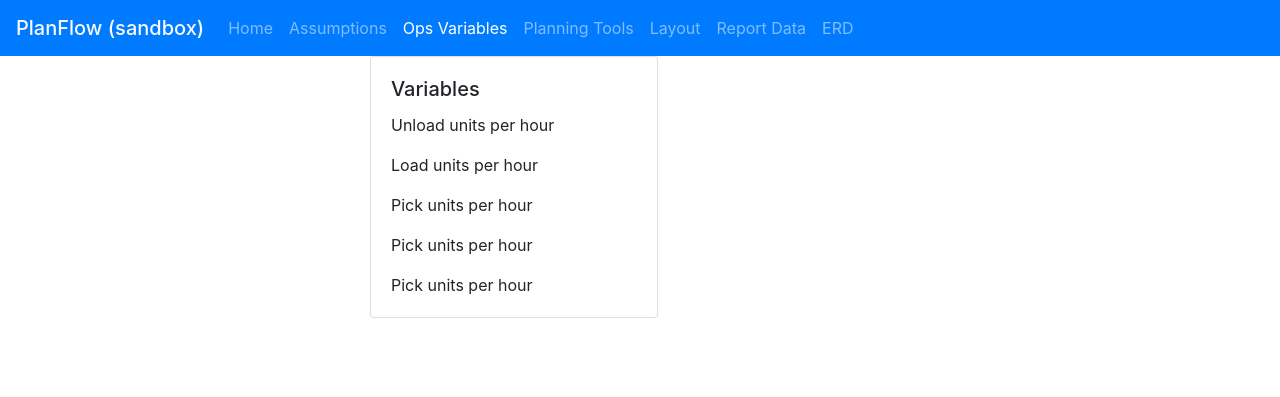
Repository: gholler76/planflow
Page: http://localhost/planflow/WEB-INF/opsvariables.jsp
An editor plug-in stored every save of this project. The page is shown before and after the next save, followed by the edit.
The browser window is 1280 px wide. The pictures show the whole page.
The page is served by Tomcat 9. Nobody is signed in. Other server files are loaded and not shown. The template is opened directly, without the code that normally fills it, so the values that code supplies are empty.

Above is the page before, as saved 2021-05-28 20:12:17.

### planflow/src/main/webapp/WEB-INF/opsvariables.jsp
<%@ page language="java" contentType="text/html; charset=UTF-8" pageEncoding="UTF-8"%>
<%@ taglib prefix="c" uri="http://java.sun.com/jsp/jstl/core"%>
<%@ taglib prefix="form" uri="http://www.springframework.org/tags/form"%>
<%@ page isErrorPage="true"%>
<%@ taglib prefix="fmt" uri="http://java.sun.com/jsp/jstl/fmt" %>
<%@ taglib prefix="fn" uri="http://java.sun.com/jsp/jstl/functions" %>

<!DOCTYPE html>
<html>
<head>
    <meta charset="UTF-8">
    <title>PlanFlow</title>
    <script src="https://code.jquery.com/jquery-3.5.1.slim.min.js" integrity="sha384-DfXdz2htPH0lsSSs5nCTpuj/zy4C+OGpamoFVy38MVBnE+IbbVYUew+OrCXaRkfj" crossorigin="anonymous"></script>
	<script src="https://cdn.jsdelivr.net/npm/bootstrap@4.6.0/dist/js/bootstrap.bundle.min.js" integrity="sha384-Piv4xVNRyMGpqkS2by6br4gNJ7DXjqk09RmUpJ8jgGtD7zP9yug3goQfGII0yAns" crossorigin="anonymous"></script>
    <link rel="stylesheet" href="https://cdn.jsdelivr.net/npm/bootstrap@4.6.0/dist/css/bootstrap.min.css" integrity="sha384-B0vP5xmATw1+K9KRQjQERJvTumQW0nPEzvF6L/Z6nronJ3oUOFUFpCjEUQouq2+l" crossorigin="anonymous">
</head>
<body>
<nav class="navbar navbar-expand-lg navbar-dark bg-primary">
	    <span class="navbar-brand text-light mb-0 h1">PlanFlow (sandbox)</span>
	  <button class="navbar-toggler" type="button" data-toggle="collapse" data-target="#navbarNavAltMarkup" aria-controls="navbarNavAltMarkup" aria-expanded="false" aria-label="Toggle navigation">
	    <span class="navbar-toggler-icon"></span>
	  </button>
	  <div class="collapse navbar-collapse" id="navbarNavAltMarkup">
	    <div class="navbar-nav">
	      <a class="nav-link" href="/">Home</a>
	      <a class="nav-link" href="/assumptions">Assumptions</a>
	      <a class="nav-link active" href="/opsvariables">Ops Variables<span class="sr-only">(current)</span></a>
	      <a class="nav-link" href="/planningtools">Planning Tools</a>
	      <a class="nav-link" href="/layout">Layout</a>
	      <a class="nav-link" href="reportdata">Report Data</a>
	      <a class="nav-link" href="/erd">ERD</a>
	    </div>
	  </div>
	</nav>
	<div class="container">
		<div class="row justify-content-center">
    		<div class="col-6">
    			<div class="card" style="width: 18rem;">
  					<div class="card-body">
					    <h5 class="card-title">Variables</h5>
					    <p class="card-text">Unload units per hour</p>
					    <p class="card-text">Load units per hour</p>
					    <p class="card-text">Pick units per hour</p>
					    <p class="card-text">Pick units per hour</p>
					    <p class="card-text">Pick units per hour</p>
				  	</div>
				</div>
   	 		</div>
    	</div>
	</div>

</body>
</html>

After the next save:
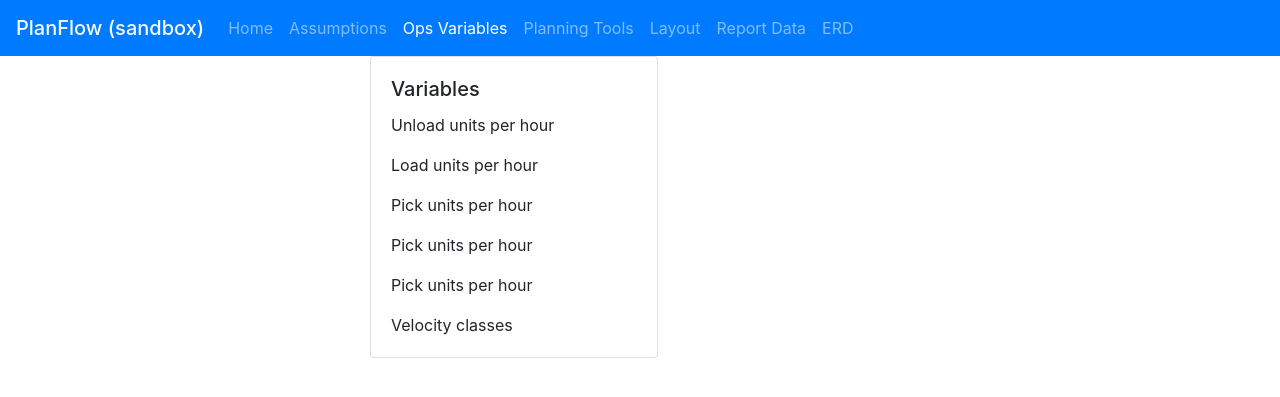
Saved 2 min 33 s later.
--- a/planflow/src/main/webapp/WEB-INF/opsvariables.jsp
+++ b/planflow/src/main/webapp/WEB-INF/opsvariables.jsp
@@ -43,6 +43,7 @@
 					    <p class="card-text">Pick units per hour</p>
 					    <p class="card-text">Pick units per hour</p>
 					    <p class="card-text">Pick units per hour</p>
+					    <p class="card-text">Velocity classes</p>
 				  	</div>
 				</div>
    	 		</div>
